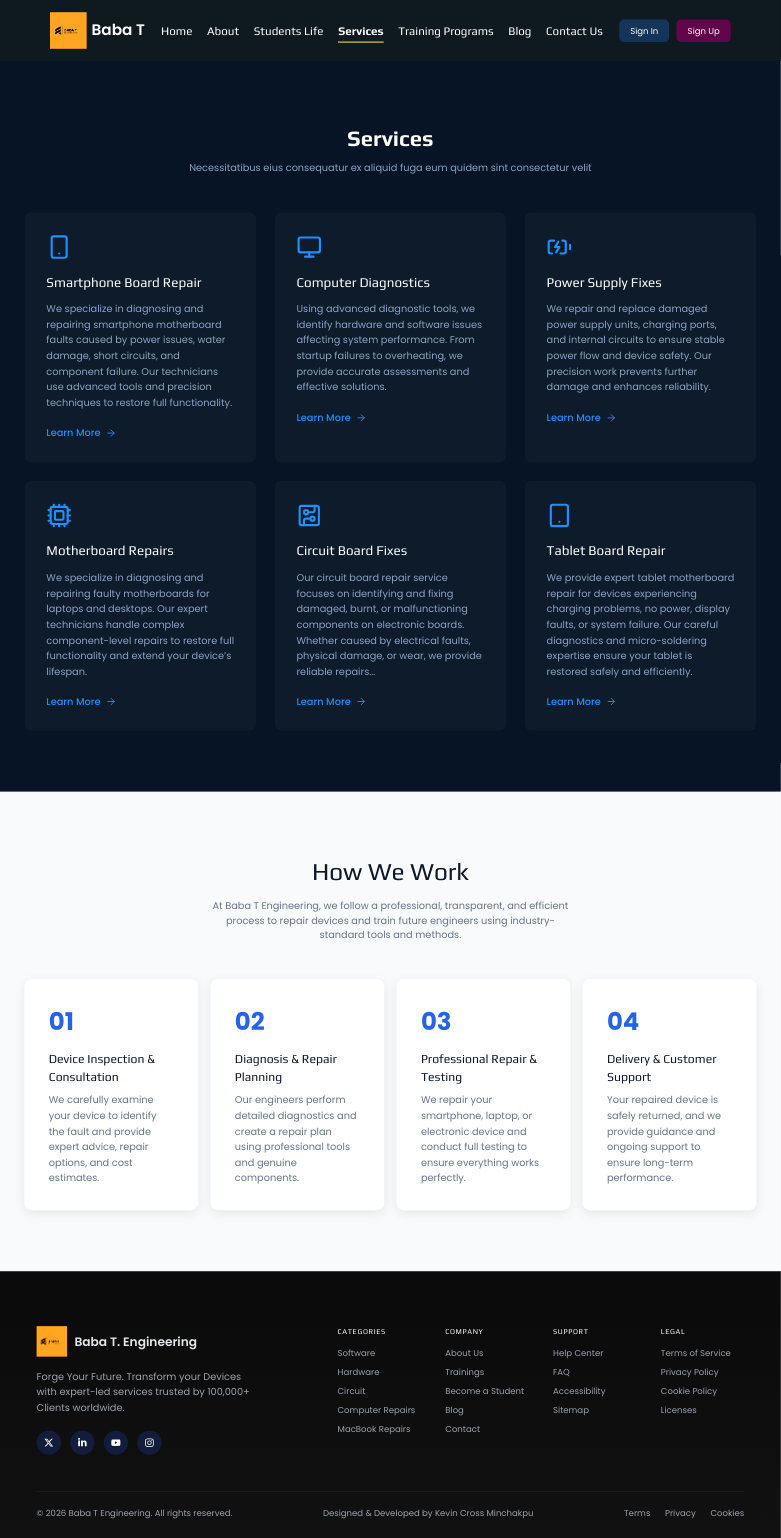
Repository: KC-Minchakpu/babatunde
Page: /services
The author's editor kept a copy of each file at every save. The page is drawn from the files as they stood at one save, then again after the next save.
The browser window is 1280 px wide. The pictures show the whole page, at 61% of full size.
The project was rebuilt for these pictures with package versions that can differ from the ones it lists, and the page was loaded fresh each time. The framework's server and built-in components were replaced by stand-ins that run in the browser. Also part of the build but not shown: next.config.ts.

Above is the page before, as saved 2026-02-21 13:34:08.

After the next save:
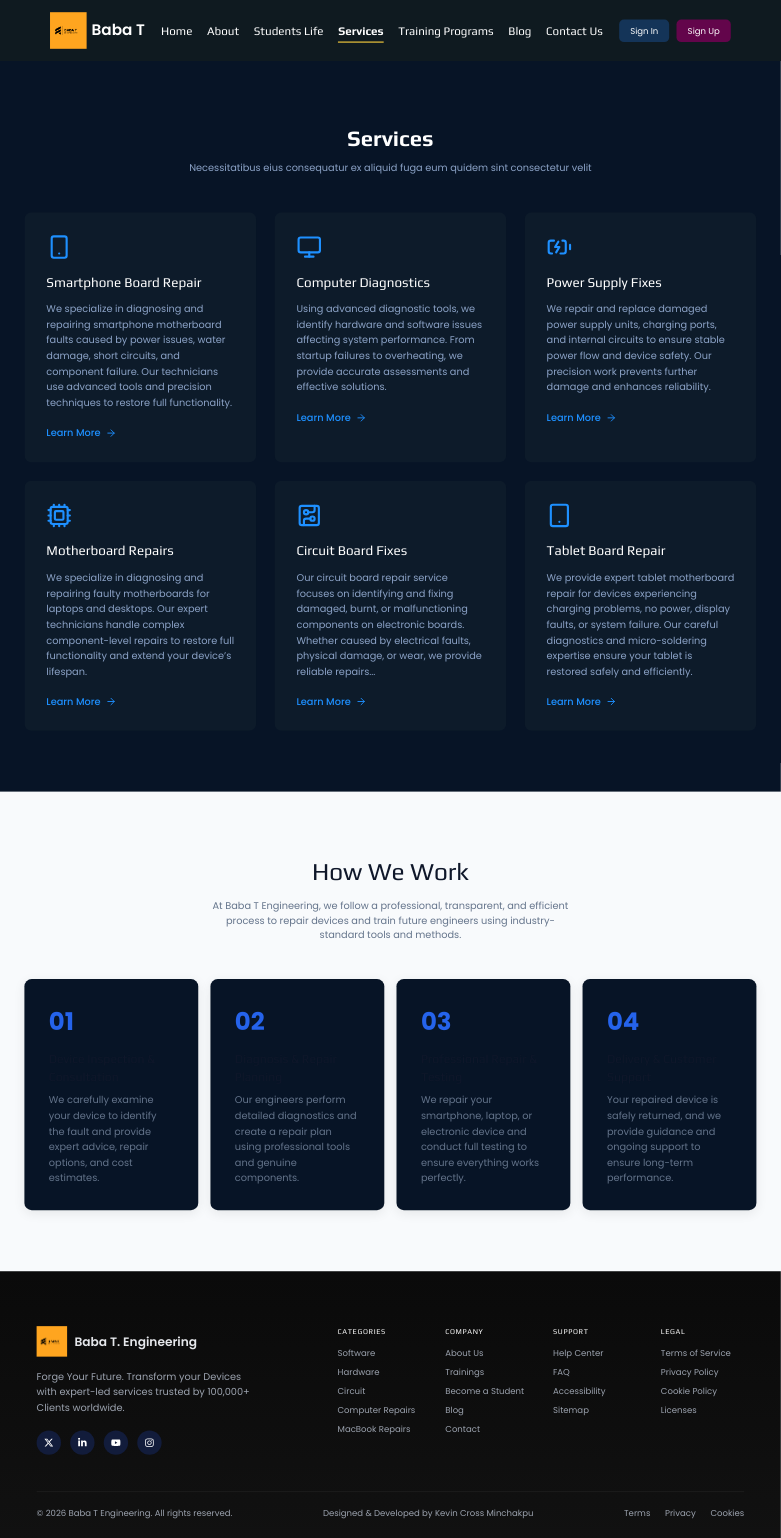
Saved 52 s later.
--- a/src/components/Services/HowWeWork.module.css
+++ b/src/components/Services/HowWeWork.module.css
@@ -40,7 +40,7 @@ gap: 20px;
 }
 
 .card {
-background: white;
+background: #071426;
 padding: 40px;
 border-radius: 12px;
 box-shadow: 0 5px 20px rgba(0,0,0,0.08);
